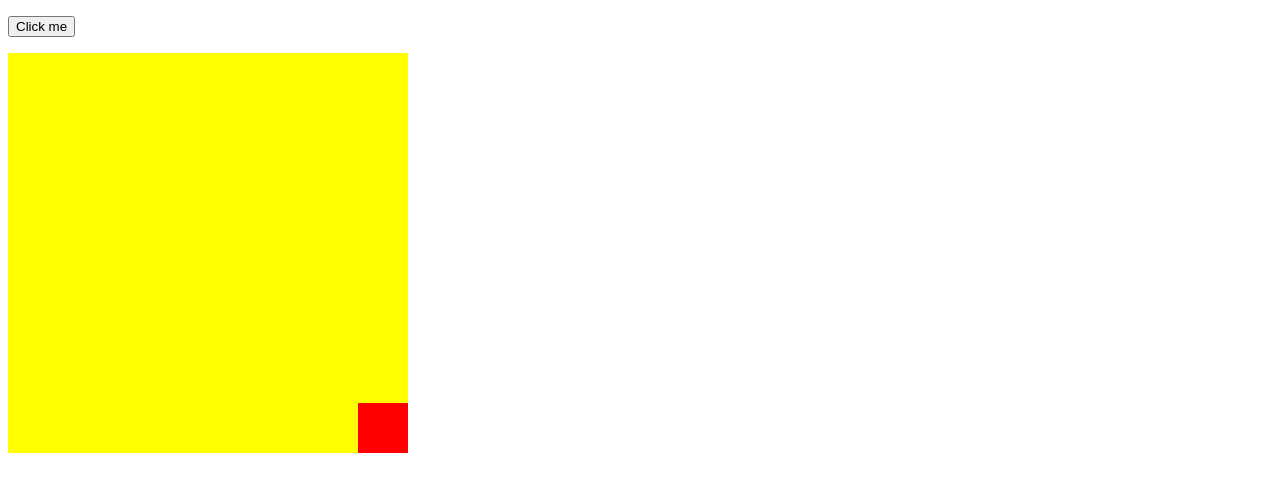
Repository: khanhbinh87/learnJs
Page: customSelect/index.html
These files come from the project's save history. The page is drawn as it stood at one moment and after a run of saves; the edit follows.
The browser window is 1280 px wide. The pictures show the whole page.
After loading, the first visible `button` was clicked once.

Above is the page before, as saved 2021-06-17 12:00:31.

After the next 6 saves:
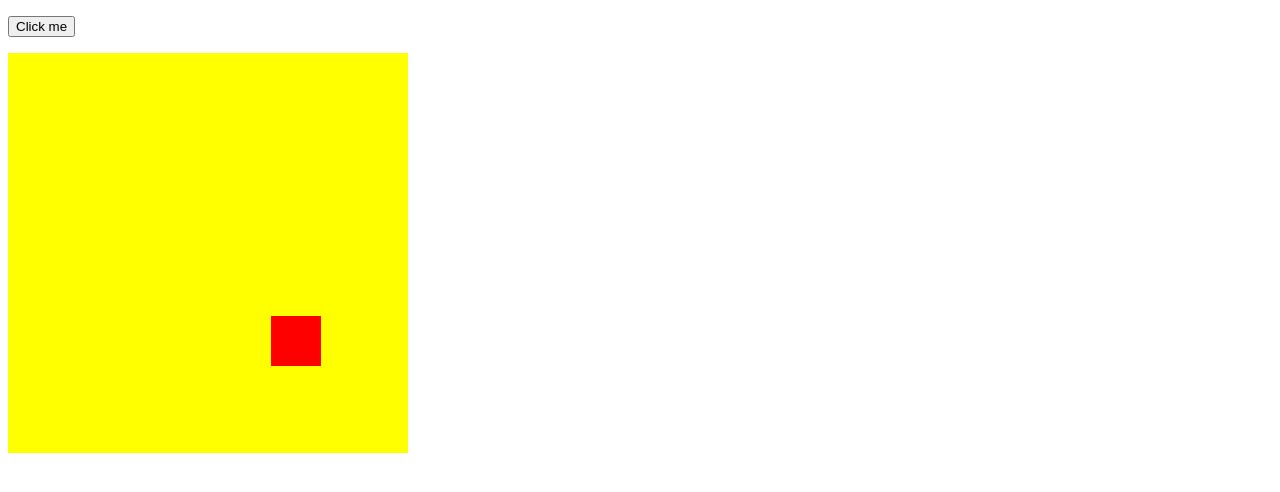
The 6 saves are shown as one change because they came seconds apart.
The last was saved 23 s later.
--- a/customSelect/move.js
+++ b/customSelect/move.js
@@ -15,8 +15,7 @@
 //     }
 //   }
 var buttonElement = document.querySelector('button')
-
-var duration = 200;
+var duration = 2000;
 var postEnd = 350;
 var el = document.querySelector('#animate');
 console.log(el);
@@ -30,7 +29,6 @@ console.log(el);
         function frame(){
             var end =  new Date().getTime();
             if(end - start >= duration){
-
                 el.style.top= postEnd + 'px'
                 el.style.left= postEnd + 'px'
                 clearInterval(id)
@@ -38,9 +36,7 @@ console.log(el);
             else{
                 var time = end - start;
                 var percent = time /duration;
-
-                pos = postEnd  * percent;
-
+                    pos = postEnd  * percent;
                 el.style.top = pos + 'px';
                 el.style.left = pos + 'px';
 
